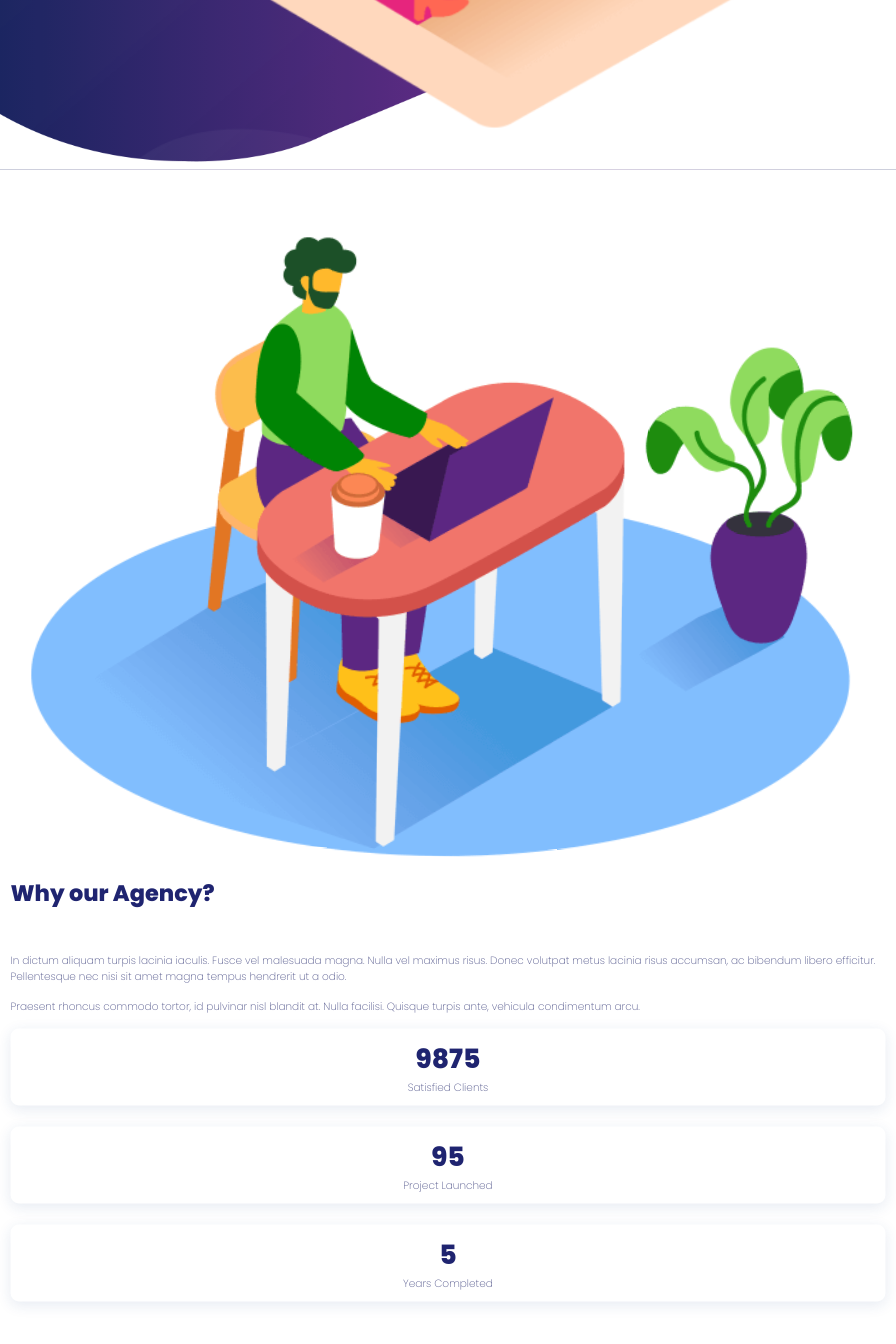
Repository: OmniaRafat232111121/agency
Page: index.html
The author's editor kept a copy of each file at every save. The page is drawn from the files as they stood at one save, then again after a run of saves.
The browser window is 1280 px wide. The pictures show the part of the page from y = 1165 to 3085 px (the page is 3085 px tall), at 70% of full size.

Above is the page before, as saved 2022-10-28 23:11:59.

After the next 3 saves:
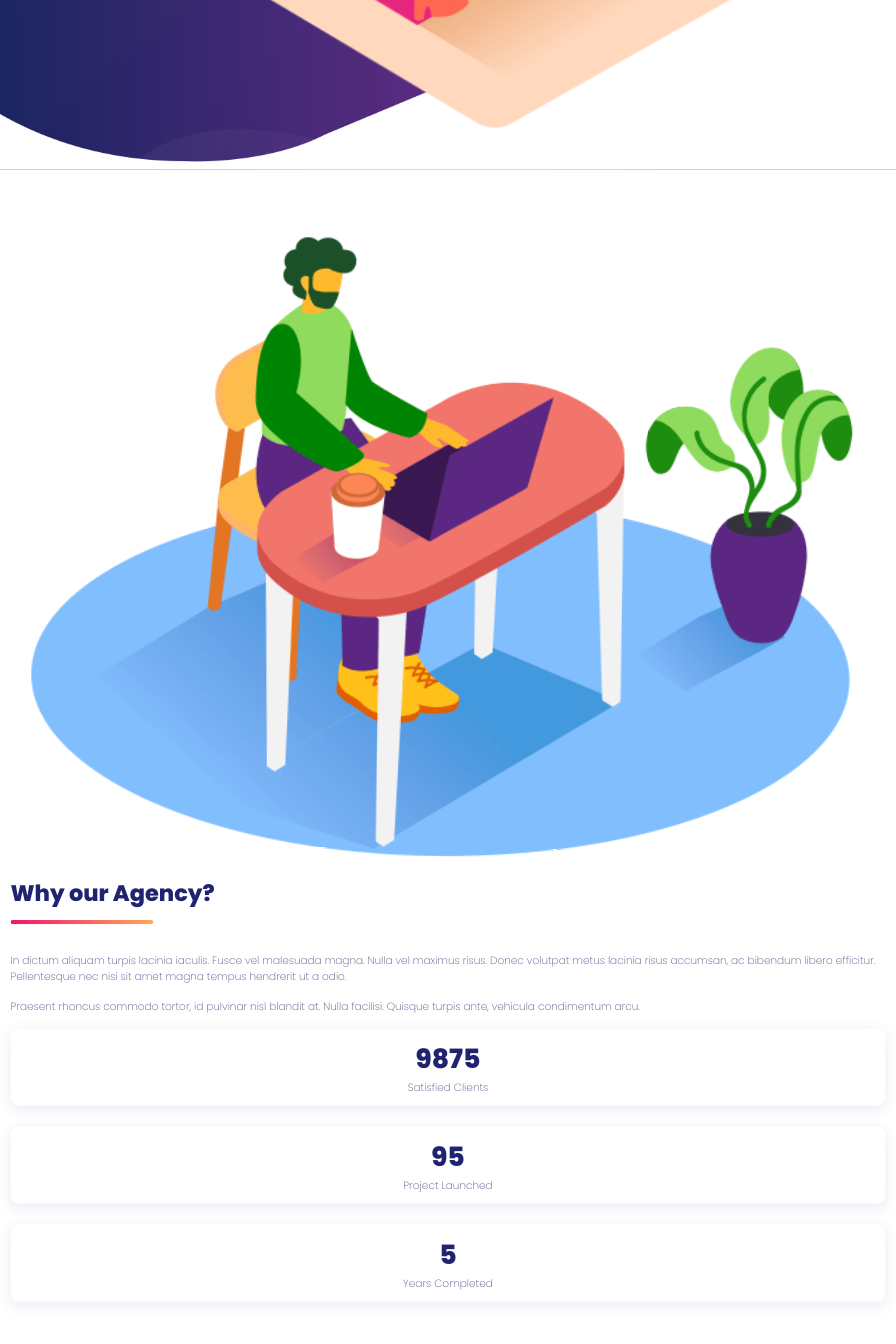
The 3 saves are shown as one change because they came seconds apart.
The last was saved 30 s later.
--- a/assets/css/style.css
+++ b/assets/css/style.css
@@ -171,7 +171,7 @@
   transform: translateX(-50%);
   height: 6px;
   border-radius: 10px;
-  background:var(--gradient-2)
+  background:linear-gradient(90deg,var(--razzmatazz) ,var(--rajah));
 }
 
 
